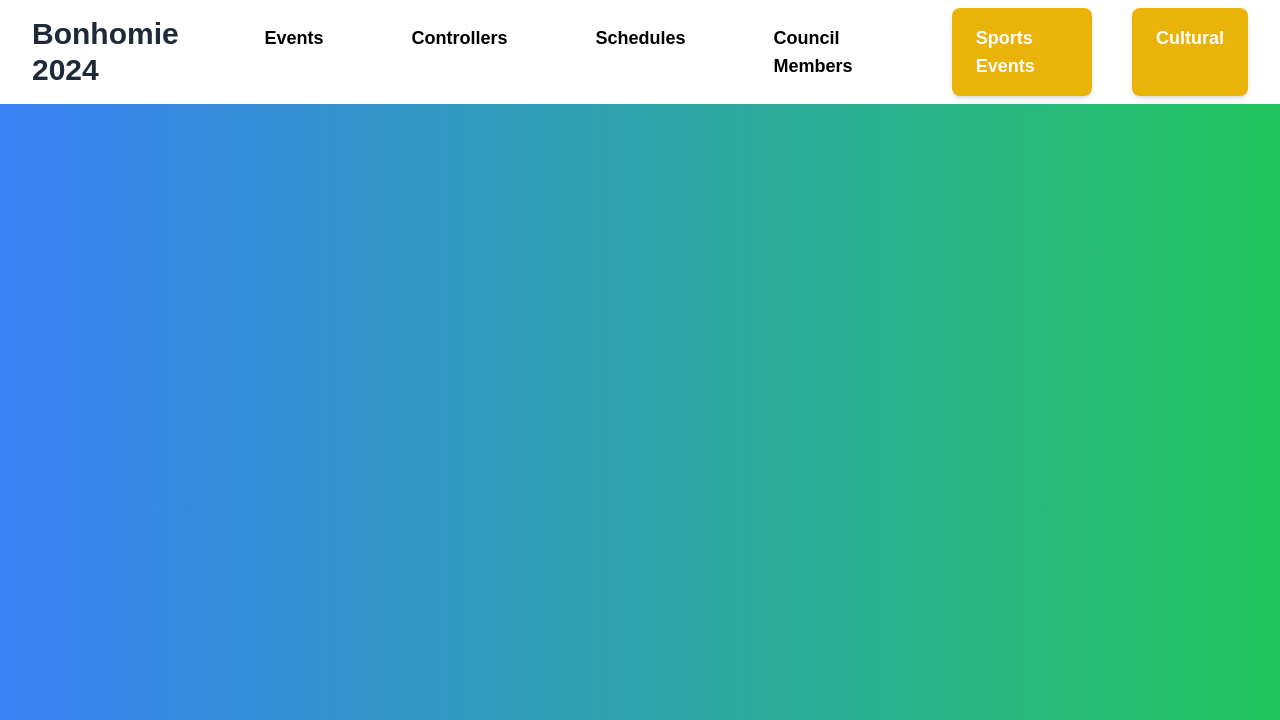
Repository: sshadulla22/Bonhomie2024
Page: Bonhomie 2024/Council Members.html
An editor plug-in stored every save of this project. The page is shown before and after the next save, followed by the edit.
The browser window is 1280 px wide. The pictures show the whole page.
Some web libraries are served in a nearby version.

Above is the page before, as saved 2024-01-31 12:54:49.

After the next save:
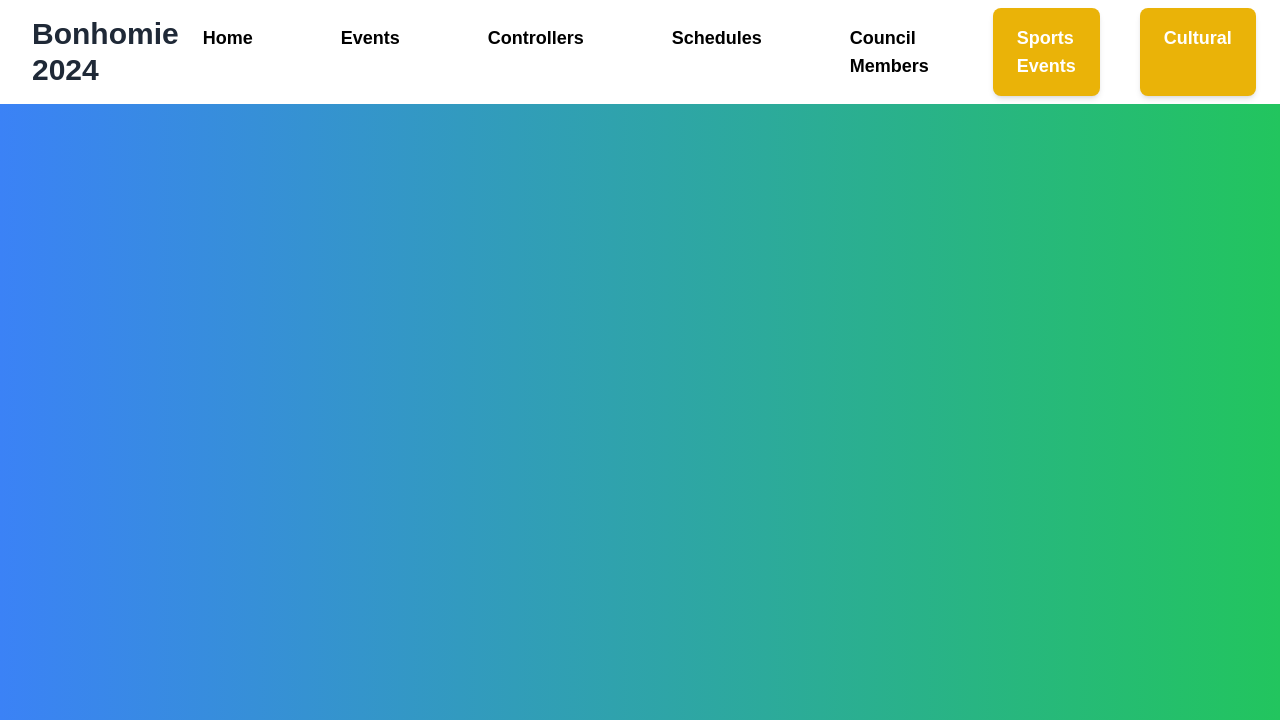
Saved 8 s later.
--- a/Bonhomie 2024/Council Members.html
+++ b/Bonhomie 2024/Council Members.html
@@ -16,6 +16,9 @@
                 <li><a href="#" class="text-gray-800">Controllers</a></li>
                 <li><a href="#" class="text-gray-800">Schedule</a></li>
                 <li><a href="#" class="text-gray-800">Council Members</a></li> -->
+                <a href="/index.html"
+                class="text-lg bg-white hover:bg-yellow-500 text-black py-4 px-6 rounded-lg font-bold  =">Home
+            </a>
                 <a href="/EventsSports.html"
                 class="text-lg bg-white hover:bg-yellow-500 text-black py-4 px-6 rounded-lg font-bold  =">Events
             </a>
